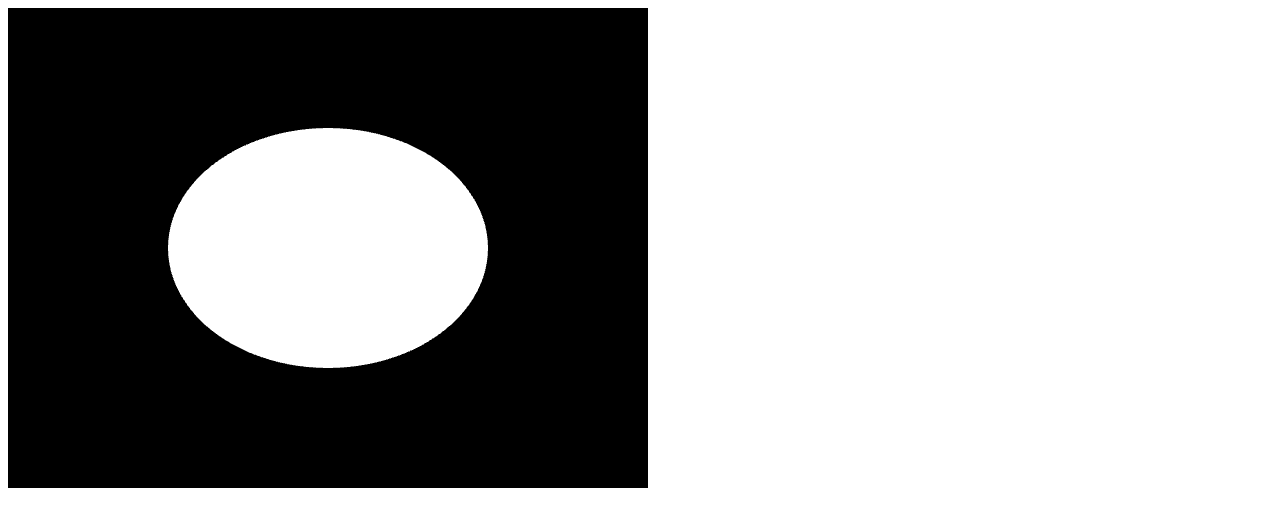
Repository: ChristeZeng/ComputerGraphics
Page: Lab2/Test.html
The author's editor kept a copy of each file at every save. The page is drawn from the files as they stood at one save, then again after the next save.
The browser window is 1280 px wide. The pictures show the whole page.

Above is the page before, as saved 2021-10-02 16:46:06.

### Lab2/Test.html
<!DOCTYPE html>
<html>
<head>
  <title>Test</title>
</head>
<body onload="main()">
  <canvas id="gl-canvas" width="640" height="480"></canvas>
  <script src="Test.js"></script>
</body>
</html>

### Lab2/Test.js
function main()
{
    //获取canvas元素
    var canvas = document.getElementById('gl-canvas');
    //获取webgl上下文
    var gl = canvas.getContext("webgl");
    if(!gl)
    {
        alert("WebGL is not supported");
        return;
    }

    const vsSource = `
        attribute vec4 position;
        void main()
        {
            gl_Position = position;
        }
    `;

    const fsSource = `
        void main()
        {
            gl_FragColor = vec4(1.0, 1.0, 1.0, 1.0);
        }
    `;

    //初始化着色器
    const shaderProgram = initShaderProgram(gl, vsSource, fsSource);

    var position = gl.getAttribLocation(shaderProgram, 'position');
    //设置顶点缓冲区
    const buffers = initBuffers(gl);
    //绘制图像
    drawBasic(gl, buffers, position, shaderProgram);

}


//初始化着色器
function initShaderProgram(gl, vsSource, fsSource)
{

    const vertexShader = loadShader(gl, gl.VERTEX_SHADER, vsSource);
    const fragmentShader = loadShader(gl, gl.FRAGMENT_SHADER, fsSource);

    //创建着色器程序
    const shaderProgram = gl.createProgram();
    gl.attachShader(shaderProgram, vertexShader);
    gl.attachShader(shaderProgram, fragmentShader);
    gl.linkProgram(shaderProgram);

    if(!gl.getProgramParameter(shaderProgram, gl.LINK_STATUS))
    {
        alert("Error");
        return null;
    }

    return shaderProgram;
}

function loadShader(gl, type, source)
{
    const shader = gl.createShader(type);

    gl.shaderSource(shader, source);
    gl.compileShader(shader);
    if(!gl.getShaderParameter(shader, gl.COMPILE_STATUS))
    {
        alert("Error: Compile");
        gl.deleteShader(shader);
        return null;
    }
    return shader;
}

function initBuffers(gl)
{
    var N = 100;
    var vertices = [0.0, 0.0];
    var r = 0.5;

    for (var i = 0; i <= N; i++)
    {
        var theta = i * 2 * Math.PI / N;
        var x = r * Math.sin(theta);
        var y = r * Math.cos(theta);
        vertices.push(x, y);
    }

    //创建缓冲区对象
    const positionBuffer = gl.createBuffer();
    //将缓冲区对象绑定到目标
    gl.bindBuffer(gl.ARRAY_BUFFER, positionBuffer);
    // 向缓冲区对象写入数据
    gl.bufferData(gl.ARRAY_BUFFER, new Float32Array(vertices), gl.STATIC_DRAW);
    return {
            position: positionBuffer,
            vertex: vertices
        };
}

function drawBasic(gl, buffers, position, shaderProgram)
{
    //将背景重置为黑色
    gl.clearColor(0.0, 0.0, 0.0, 1.0);
    //清除canvas
    gl.clear(gl.COLOR_BUFFER_BIT);


    gl.bindBuffer(gl.ARRAY_BUFFER, buffers.position);
    gl.vertexAttribPointer(position, 2, gl.FLOAT, false, 0, 0);
    gl.enableVertexAttribArray(position);
    gl.useProgram(shaderProgram);

    //利用TRIANGLE_STRIP参数三角拟合
    gl.drawArrays(gl.TRIANGLE_FAN, 0, buffers.vertex.length / 2);
}

After the next save:
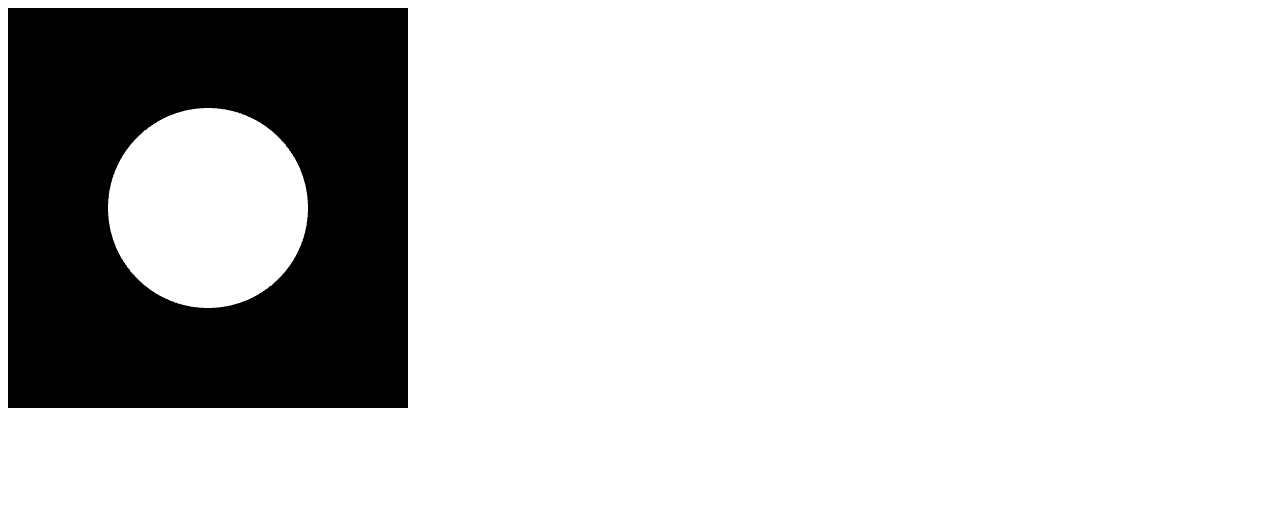
Saved 19 s later.
--- a/Lab2/Test.html
+++ b/Lab2/Test.html
@@ -4,7 +4,7 @@
   <title>Test</title>
 </head>
 <body onload="main()">
-  <canvas id="gl-canvas" width="640" height="480"></canvas>
+  <canvas id="gl-canvas" width="400" height="400"></canvas>
   <script src="Test.js"></script>
 </body>
 </html>
